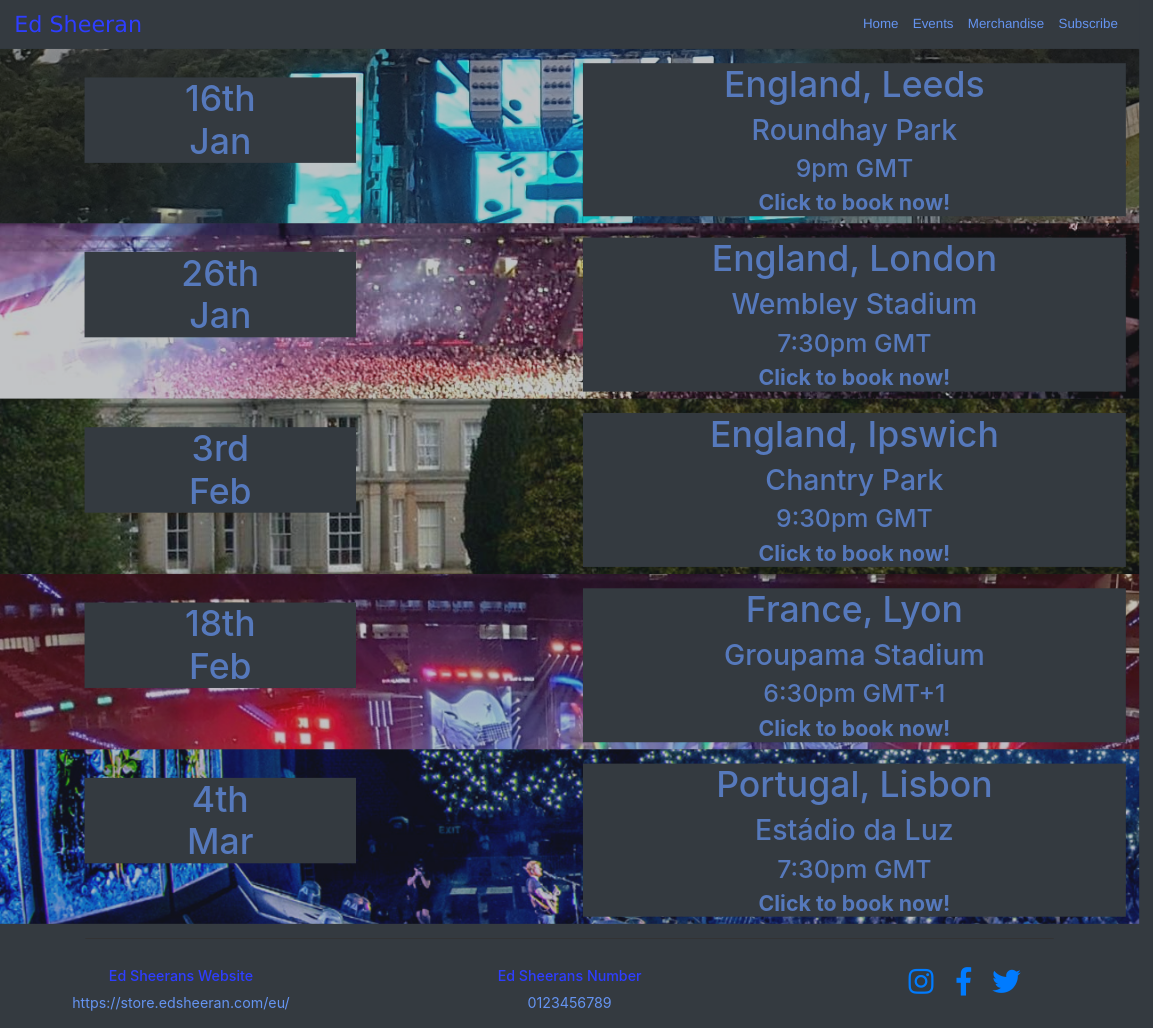
Repository: amit238/milestone-project-1
Page: events.html
The author's editor kept a record of every edit. The page is drawn from the files as they stood at one moment, then again after the next edit.
The browser window is 1280 px wide. The page is 1295 px wide, so the pictures cover 1295 px, including what lies to the right of the window. The pictures show the whole page, at 89% of full size.
Some web libraries are served in a nearby version.

Above is the page before.

### events.html
<!DOCTYPE html>
<html lang="en">

<head>
  <meta charset="UTF-8">
  <meta name="viewport" content="width=device-width, initial-scale=1.0">
  <meta http-equiv="X-UA-Compatible" content="ie=edge">
  <link rel="stylesheet" href="https://maxcdn.bootstrapcdn.com/bootstrap/4.2.1/css/bootstrap.min.css" type="text/css" />
  <link rel="stylesheet" href="https://use.fontawesome.com/releases/v5.0.10/css/all.css" integrity="sha384-+d0P83n9kaQMCwj8F4RJB66tzIwOKmrdb46+porD/OvrJ+37WqIM7UoBtwHO6Nlg" crossorigin="anonymous">
  <link rel="stylesheet" href="assets/css/style.css">
  <title>Ed Sheeran - User Centric Frontend Project</title>
</head>

<body>
  <nav class="navbar navbar-expand-lg navbar-dark bg-dark">
    <a class="edsheeran-brand">Ed Sheeran</a>
    <button type="button" class="navbar-toggler" data-toggle="collapse" data-target="#main-menu" aria-expanded="true">
                <span class="navbar-toggler-icon"></span>
            </button>
    <div id="main-menu" class="navbar-collapse collapse">
      <ul class="navbar-nav ml-auto">
        <li class="nav-item active"><a class="nav-link" href="index.html">Home</a></li>
        <li class="nav-item"><a class="nav-link" href="events.html">Events</a></li>
        <li class="nav-item"><a class="nav-link" href="merchandise.html">Merchandise</a></li>
        <li class="nav-item"><a class="nav-link" href="subscribe.html">Subscribe</a></li>
      </ul>
    </div>
  </nav>
  <div class="container-fluid">
    <a style="text-decoration: none" href="https://www.edsheeran.com/tour" class="hyper-colour">
    <div class="row events-leeds">
      <div class="col-6">
        <div class="events-left">
          <h1>16th<br>Jan</h1>
        </div>
      </div>
      <div class="col-6">
        <div class="events-center">
          <h1>England, Leeds</h1>
          <h2>Roundhay Park</h2>
          <h3>9pm GMT</h3>
          <h4 class="bold">Click to book now!</h4>
        </div>
      </div>
    </div>
    </a>
    <a style="text-decoration: none" href="https://www.edsheeran.com/tour" class="hyper-colour">
    <div class="row events-london">
      <div class="col-6">
        <div class="events-left">
          <h1>26th<br>Jan</h1>
        </div>
      </div>
      <div class="col-6">
        <div class="events-center">
          <h1>England, London</h1>
          <h2>Wembley Stadium</h2>
          <h3>7:30pm GMT</h3>
          <h4 class="bold">Click to book now!</h4>
        </div>
      </div>
    </div>
    </a>
    <a style="text-decoration: none" href="https://www.edsheeran.com/tour" class="hyper-colour">
    <div class="row events-ipswich">
      <div class="col-6">
        <div class="events-left">
          <h1>3rd<br>Feb</h1>
        </div>
      </div>
      <div class="col-6">
        <div class="events-center">
          <h1>England, Ipswich</h1>
          <h2>Chantry Park</h2>
          <h3>9:30pm GMT</h3>
          <h4 class="bold">Click to book now!</h4>
        </div>
      </div>
    </div>
    </a>
    <a style="text-decoration: none" href="https://www.edsheeran.com/tour" class="hyper-colour">
    <div class="row events-madrid">
      <div class="col-6">
        <div class="events-left">
          <h1>18th<br>Feb</h1>
        </div>
      </div>
      <div class="col-6">
        <div class="events-center">
          <h1>France, Lyon</h1>
          <h2>Groupama Stadium</h2>
          <h3>6:30pm GMT+1</h3>
          <h4 class="bold">Click to book now!</h4>
        </div>
      </div>
    </div>
    </a>
    <a style="text-decoration: none" href="https://www.edsheeran.com/tour" class="hyper-colour">
    <div class="row events-lisbon">
      <div class="col-6">
        <div class="events-left">
          <h1>4th<br>Mar</h1>
        </div>
      </div>
      <div class="col-6">
        <div class="events-center">
          <h1>Portugal, Lisbon</h1>
          <h2>Estádio da Luz</h2>
          <h3>7:30pm GMT</h3>
          <h4 class="bold">Click to book now!</h4>
        </div>
      </div>
    </div>
    </a>
  </div>
  <footer>
    <hr>
    <div class="row">
      <div class="col-sm-4">
        <h6 class=footer-header>Ed Sheerans Website</h6>
        <a href="https://store.edsheeran.com/eu/" target="_blank" class=footer-p>https://store.edsheeran.com/eu/</a>
      </div>
      <div class="col-sm-4">
        <h6 class=footer-header>Ed Sheerans Number</h6>
        <p class=footer-p>0123456789</p>
      </div>
      <div class="col-sm-4">
        <ul class="list-inline social-links">
          <li class="list-inline-item"><a target="_blank" href="https://www.facebook.com"><i></i></a>
          </li>
          <li class="list-inline-item"><a target="_blank" href="https://www.instagram.com/teddysphotos/?hl=en"><i class="fab fa-instagram fa-2x fa-fw"></i></a>
            <li class="list-inline-item"><a target="_blank" href="https://en-gb.facebook.com/EdSheeranMusic"><i class="fab fa-facebook-f fa-2x fa-fw"></i></a>
              <li class="list-inline-item"><a target="_blank" href="https://twitter.com/edsheeran?lang=en"><i class="fab fa-twitter fa-2x fa-fw"></i></a>
              </li>
        </ul>
      </div>
    </div>
  </footer>
  <script src="https://code.jquery.com/jquery-3.3.1.slim.min.js" integrity="sha384-q8i/X+965DzO0rT7abK41JStQIAqVgRVzpbzo5smXKp4YfRvH+8abtTE1Pi6jizo" crossorigin="anonymous"></script>
  <script src="https://cdnjs.cloudflare.com/ajax/libs/popper.js/1.14.6/umd/popper.min.js" integrity="sha384-wHAiFfRlMFy6i5SRaxvfOCifBUQy1xHdJ/yoi7FRNXMRBu5WHdZYu1hA6ZOblgut" crossorigin="anonymous"></script>
  <script src="https://stackpath.bootstrapcdn.com/bootstrap/4.2.1/js/bootstrap.min.js" integrity="sha384-B0UglyR+jN6CkvvICOB2joaf5I4l3gm9GU6Hc1og6Ls7i6U/mkkaduKaBhlAXv9k" crossorigin="anonymous"></script>
</body>

</html>

### assets/css/style.css
body {
    background-color: #343A40;
}



/*--------------------NAVBAR--------------------*/

.navbar.navbar-expand-lg.navbar-dark.bg-dark .edsheeran-brand {
    color: #2E3EFF;
    font-family: Verdana, sans-serif;
    font-size: 25px;
    font-weight: 500;


}

.navbar.navbar-expand-lg.navbar-dark.bg-dark .nav-link {
    color: #6594F1;
    font-family: Helvetica, sans-serif;
    font-size: 15px;
    font-weight: 300;

}

/*--------------------INDEX--------------------*/

/*-------CAROUSEL--------*/

.size {
    width: 100%;
}

/*--------ABOUT--------*/

.about-card {
    margin-top: 2em;
    text-align: center;
    color: #2E3EFF;
    background-color: #343A40;
}


/*-------AUDIO-------*/

.audio-card {
    margin-top: 2em;
    text-align: center;
    color: #2E3EFF;
    background-color: #343A40;
}

/*--------ALBUM-------*/

.album-card {
    margin-top: 2em;
    text-align: center;
    color: #2E3EFF;
    background-color: #343A40;
    height: 14.8em;
}

.card-text {
    color: #6594F1;
}


/*--------------------MEDIA QUERIES_INDEX--------------------*/

/*@media screen and (min-width: 1380px) {*/

@media only screen and (max-width: 1380px) {}

/*@media only screen and (max-width: 576px) {}*/

/*--------------------FOOTER--------------------*/

footer {
    text-align: center;
}

hr {
    background: #3A3A3A;
    width: 85%;
}

.footer-header {
    color: #2E3EFF;
    margin-top: 1em;
}

.list-inline {
    margin-top: 1em;
}

.footer-p {
    color: #6594F1;
}

/*-------------------------Events-------------------------*/

.hyper-colour {
    color: #6594F1;
}

.events-left {
    text-align: center;
    margin-left: 5em;
    margin-top: 2em;
    color: #6594F1;
    background-color: #343A40;
    width: 50%;
    opacity: 1;
}


.events-center {
    text-align: center;
    margin-top: 1em;
    color: #6594F1;
    background-color: #343A40;
    width: 100%;
}


.events-leeds {
    background-image: url("../../roundhay.png");
    background-repeat: no-repeat;
    opacity: 0.7;
}

.events-leeds:hover {
    opacity: 2;
    transition-duration: 1.5s;

}


.events-london {
    background-image: url("../../wembley.png");
    background-repeat: no-repeat;
    opacity: 0.7;
}

.events-london:hover {
    opacity: 1;
    transition-duration: 1.5s;

}

.events-ipswich {
    background-image: url("../../chantry.png");
    background-repeat: no-repeat;
    opacity: 0.7;
}

.events-ipswich:hover {
    opacity: 1;
    transition-duration: 1.5s;

}

.events-madrid {
    background-image: url("../../wanda.png");
    background-repeat: no-repeat;
    opacity: 0.7;
}

.events-madrid:hover {
    opacity: 1;
    transition-duration: 1.5s;

}


.events-lyon {
    background-image: url("../../lyon.png");
    background-repeat: no-repeat;
    opacity: 0.7;
}

.events-lyon:hover {
    opacity: 1;
    transition-duration: 1.5s;

}

.events-lisbon {
    background-image: url("../../lisbon.png");
    background-repeat: no-repeat;
    opacity: 0.7;
}

.events-lisbon:hover {
    opacity: 1;
    transition-duration: 1.5s;

}

.bold {
    font-weight: 700;
}

@media only screen and (max-width: 599px) {
    .events-left {
        width: 100%;
        margin-left: 0em;
    }
    .events-center {
        width: 100%;
        margin-top: 1em;
    }
}

@media only screen and (max-width: 365px) {
    h1 {
        font-size: 25px;
    }
    h2 {
        font-size: 25px;
    }
    h3 {
        font-size: 25px;
    }
}

/*-------------------------Merchandise-------------------------*/

.card-title {
    color: #2E3EFF;
}

.card-merch {
    background-color: #343A40;
    text-align: center;
}

.merchandise {
    text-align: center;
    color: #2E3EFF;
    font-weight: 600;
    margin: 1em;
}

.best-sellers {
    text-align: center;
    color: #6594F1;
    font-weight: 400;
    margin: 1em;
}

.latest-release {
    text-align: center;
    color: #6594F1;
    font-weight: 400;
    margin: 1em;
}

@media only screen and (max-width: 768px) {
    .card-merch {
        margin: 1em;
    }
}


/*-------------------------Subscribe-------------------------*/

.sub-background {
    background-image: url("../../ed-sheeran-singing.jpg");
    background-repeat: no-repeat;
    background-position: top;
    opacity: 0.7;
    height: 55em;
}
.sub-title {
    position: relative;
    top: 15em;
}

.sub-head {
    text-align: center;
    font-size: 50px;
    background-color: #2E3EFF;
}

.sub-para {
    text-align: center;
    font-size: 25px;
    background-color: #6594F1;
}

.form {
    padding-top: 1em;
}

.sub-form {
    position: relative;
    top: 14em;
}

.sub-btn {
    text-align: center;
    padding-top: 1em;
}



.sub-background:hover {
    opacity: 1;
    transition-duration: 2s;

}


@media only screen and (max-width: 769px) {
    .sub-title {
        position: relative;
        top: 5em;
    }

    .sub-form {
        position: relative;
        top: 4em;
    }
}


/*-----------------Subscribe - Second Part -----------------*/

.sub-card-issue {
    text-align: center;
    background-color: #343A40;
    margin-top: 9em;
}

.blue {
    color: #2E3EFF;
}

.lg-blue {
    color: #6594F1;
}

.sub-card-list {
    text-align: center;
    background-color: #343A40;
    margin-top: 5em;
}

.sub-card-map {
    text-align: center;
    background-color: #343A40;
    margin-top: 1em;
}

.map {
    height: 50vh;
}


@media only screen and (max-width: 1199px) {
    .sub-card-issue {
        margin-top: 1em;
    }
    .sub-card-list {
        margin-top: 1em;
    }
}

After the next edit:
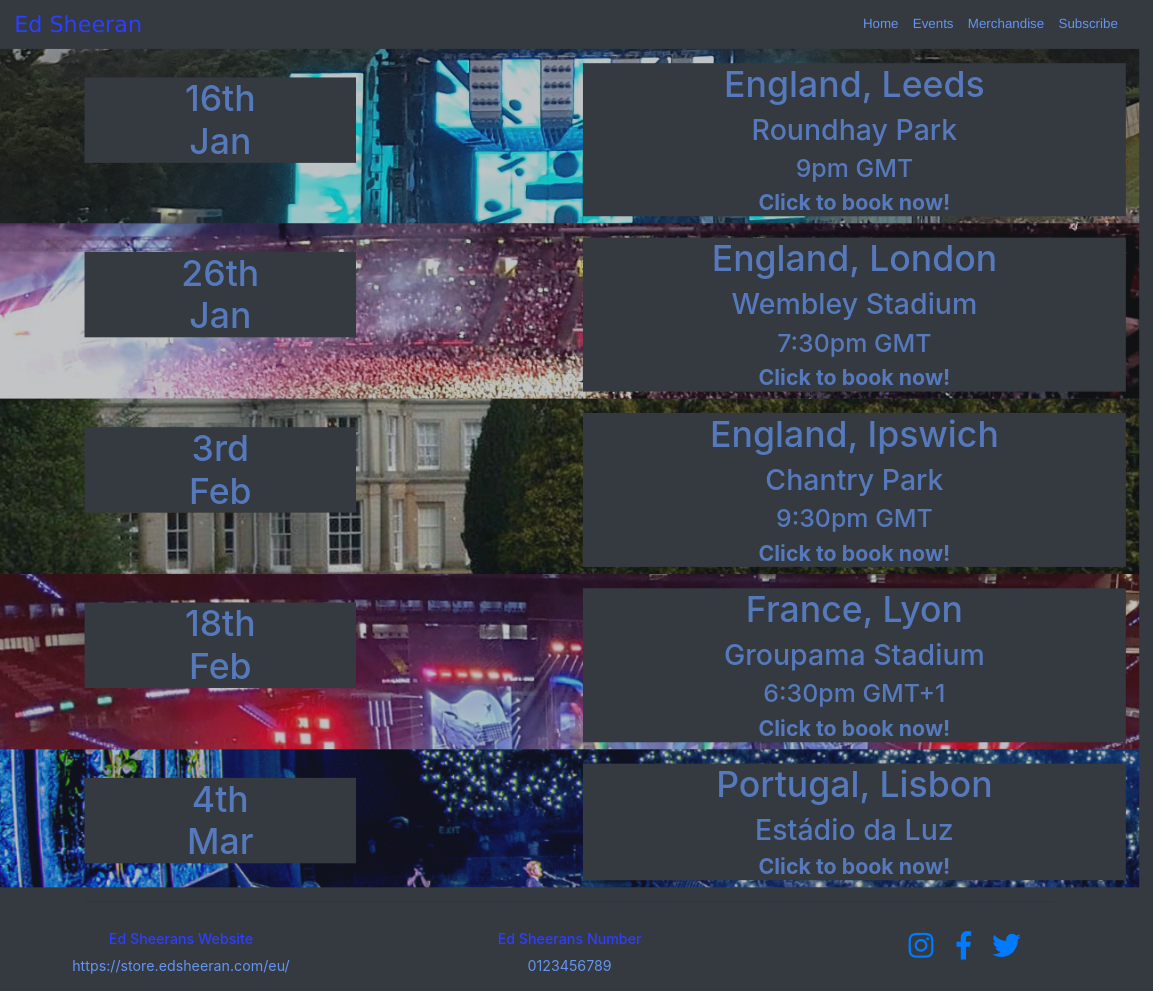
The edit:
--- a/events.html
+++ b/events.html
@@ -106,7 +106,6 @@
         <div class="events-center">
           <h1>Portugal, Lisbon</h1>
           <h2>Estádio da Luz</h2>
-          <h3>7:30pm GMT</h3>
           <h4 class="bold">Click to book now!</h4>
         </div>
       </div>
